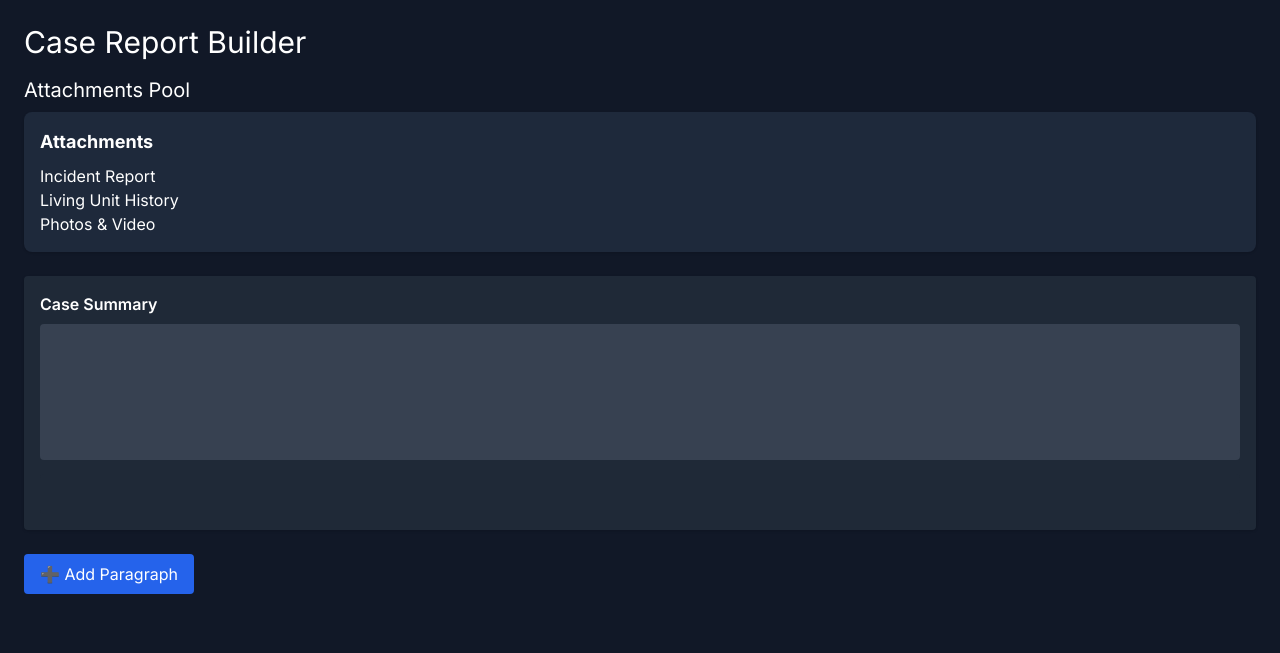
Repository: GettinLudes/CaseBuilder
Page: /
An editor plug-in stored every save of this project. The page is shown before and after the next save, followed by the edit.
The browser window is 1280 px wide. The pictures show the whole page.
The project was rebuilt for these pictures with package versions that can differ from the ones it lists, and the page was loaded fresh each time. Also part of the build but not shown: svelte.config.js, vite.config.js.

Above is the page before, as saved 2025-04-11 12:22:22.
Console error (its wording comes from the project's code and is left out).

### index.html
<!DOCTYPE html>
<html lang="en">
	<head>
		<meta charset="UTF-8" />
		<link rel="icon" type="image/svg+xml" href="/vite.svg" />
		<meta name="viewport" content="width=device-width, initial-scale=1.0" />
		<link
			href="https://fonts.googleapis.com/css2?family=Inter:wght@400;600;700&display=swap"
			rel="stylesheet" />
		<title>Case Builder ⛑</title>
	</head>
	<body>
		<div id="app"></div>
		<script type="module" src="/src/main.js"></script>
	</body>
</html>

### src/main.js
import App from './App.svelte';
import './app.css';


const app = new App({
	target: document.getElementById('app')
});

export default app;

### src/App.svelte
<script>
	import { onMount } from 'svelte';
	import gsap from 'gsap';
	import Sortable from 'sortablejs';

	import AttachmentPool from './components/AttachmentPool.svelte';
	import AttachmentDropzone from './components/AttachmentDropzone.svelte';

	let attachments = [
	  { id: 1, name: 'Incident Report', icon: '📄' },
	  { id: 2, name: 'Living Unit History', icon: '🏠' },
	  { id: 3, name: 'Photos & Video', icon: '📷' },
	];

	let paragraphs = [
	  { id: 1, title: 'Case Summary', content: '', attachmentIds: [] }
	];

	function addParagraph() {
	  const id = paragraphs.length + 1;
	  paragraphs = [...paragraphs, { id, title: `Paragraph #${id}`, content: '', attachmentIds: [] }];
	  setTimeout(() => animateIn(id), 0);
	}

	function animateIn(id) {
	  const el = document.querySelector(`#para-${id}`);
	  if (el) {
		gsap.fromTo(el, { opacity: 0, y: 20 }, { opacity: 1, y: 0, duration: 0.4 });
	  }
	}

	onMount(() => {
	  Sortable.create(document.getElementById('attachments'), {
		group: 'shared',
		animation: 150,
		ghostClass: 'opacity-30'
	  });

	  document.querySelectorAll('.paragraph-dropzone').forEach((el) => {
		Sortable.create(el, {
		  group: 'shared',
		  animation: 150,
		  ghostClass: 'opacity-30',
		  onAdd: (evt) => {
			const paraId = parseInt(evt.to.dataset.paraId);
			const attachmentId = parseInt(evt.item.dataset.attachmentId);

			paragraphs = paragraphs.map(p => {
			  if (p.id === paraId && !p.attachmentIds.includes(attachmentId)) {
				p.attachmentIds.push(attachmentId);
			  }
			  return p;
			});
		  }
		});
	  });
	});
  </script>

  <main class="p-6 text-white bg-gray-900 min-h-screen">
	<h1 class="text-3xl mb-4">Case Report Builder</h1>

	<h2 class="text-xl mb-2">Attachments Pool</h2>
	<AttachmentPool {attachments} />

	<div id="paragraphs" class="space-y-4 mt-6">
	  {#each paragraphs as p (p.id)}
		<div id={"para-" + p.id} class="bg-gray-800 p-4 rounded shadow transition-all">
		  <h2 class="font-semibold mb-2">{p.title}</h2>
		  <textarea bind:value={p.content} class="w-full p-2 bg-gray-700 text-white rounded resize-none mb-2" rows="5"></textarea>
		  <AttachmentDropzone paraId={p.id} attached={p.attachmentIds} allAttachments={attachments} />
		</div>
	  {/each}
	</div>

	<button on:click={addParagraph} class="mt-6 px-4 py-2 bg-blue-600 hover:bg-blue-700 rounded">
	  ➕ Add Paragraph
	</button>
  </main>

### src/app.css
@tailwind base;
@tailwind components;
@tailwind utilities;

body {
	background-color: theme("colors.background");
	color: white;
	font-family: theme("fontFamily.sans");
}

### src/components/AttachmentPool.svelte
<script>
	export let attachments = [];
  </script>

  <div class="p-4 bg-accent rounded-lg shadow">
	<h2 class="text-lg font-bold mb-2">Attachments</h2>
	<ul>
	  {#each attachments as item}
		<li>{item.name}</li>
	  {/each}
	</ul>
  </div>

### src/components/AttachmentDropzone.svelte
<script>
	export let paraId;
	export let attached = [];
	export let allAttachments = [];
  </script>

  <div class="paragraph-dropzone min-h-[40px] bg-gray-800 p-2 rounded" data-para-id={paraId}>
	{#each attached as id}
	  {#each allAttachments.filter(a => a.id === id) as a}
		<span class="inline-block mr-2 mb-2 px-2 py-1 bg-gray-700 rounded text-sm">
		  {a.icon} {a.name}
		</span>
	  {/each}
	{/each}
  </div>

### tailwind.config.cjs
/** @type {import('tailwindcss').Config} */
export default {
	content: [
		"./index.html",
		"./src/**/*.{js,ts,svelte}"
	],
	theme: {
		extend: {
			colors: {
				background: "#0f172a", // dark bluish gray
				accent: "#1e293b",     // lighter dark tone
				primary: "#38bdf8"     // Tailwind blue-400
			},
			fontFamily: {
				sans: ["Inter", "sans-serif"]
			}
		}
	},
	plugins: [],
}

After the next save:
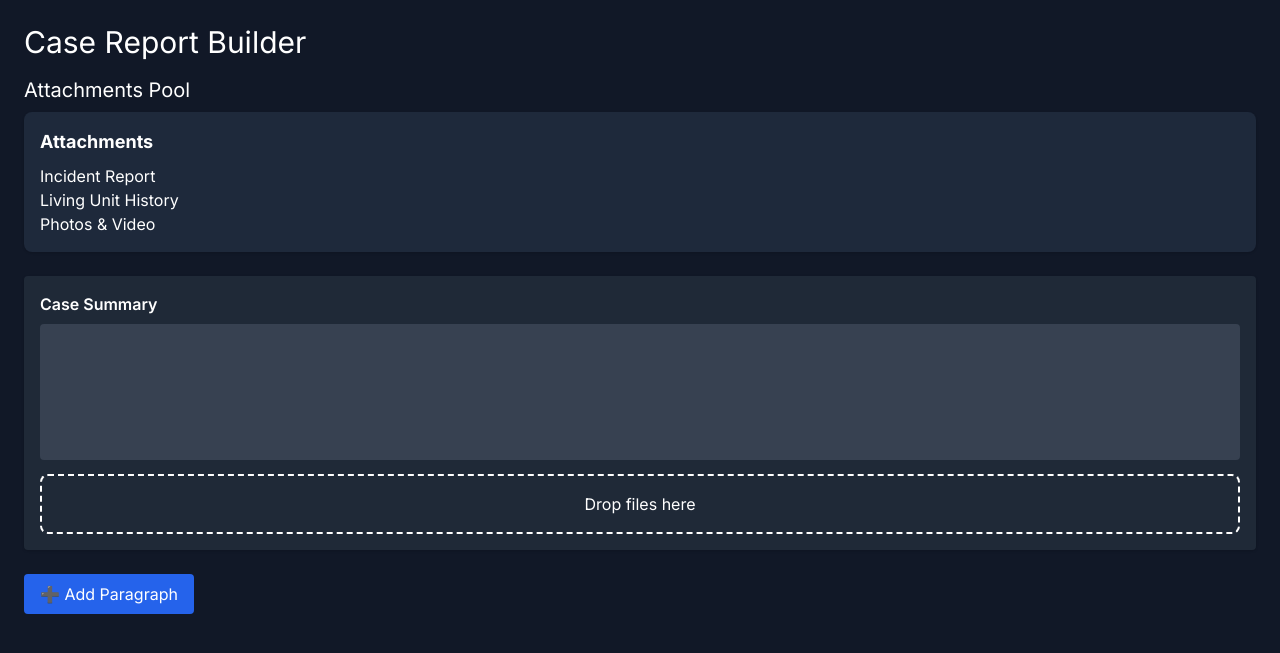
Saved 7 s later.
--- a/src/components/AttachmentDropzone.svelte
+++ b/src/components/AttachmentDropzone.svelte
@@ -1,15 +1,7 @@
 <script>
-	export let paraId;
-	export let attached = [];
-	export let allAttachments = [];
+	export let onDrop = () => {};
   </script>
 
-  <div class="paragraph-dropzone min-h-[40px] bg-gray-800 p-2 rounded" data-para-id={paraId}>
-	{#each attached as id}
-	  {#each allAttachments.filter(a => a.id === id) as a}
-		<span class="inline-block mr-2 mb-2 px-2 py-1 bg-gray-700 rounded text-sm">
-		  {a.icon} {a.name}
-		</span>
-	  {/each}
-	{/each}
+  <div class="p-4 border-2 border-dashed border-white rounded-lg text-center">
+	<p>Drop files here</p>
   </div>
